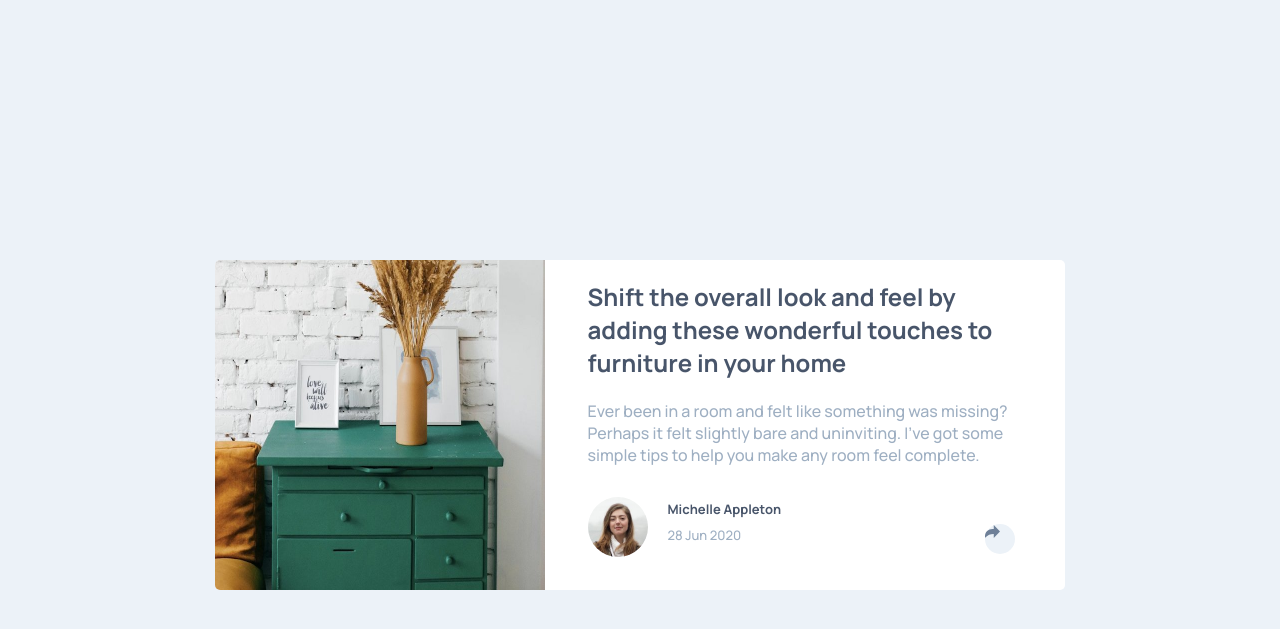
Repository: ricky603/training-css
Page: article-preview-component-master/index.html
An editor plug-in stored every save of this project. The page is shown before and after the next save, followed by the edit.
The browser window is 1280 px wide. The pictures show the whole page.

Above is the page before, as saved 2020-09-09 09:49:56.

After the next save:
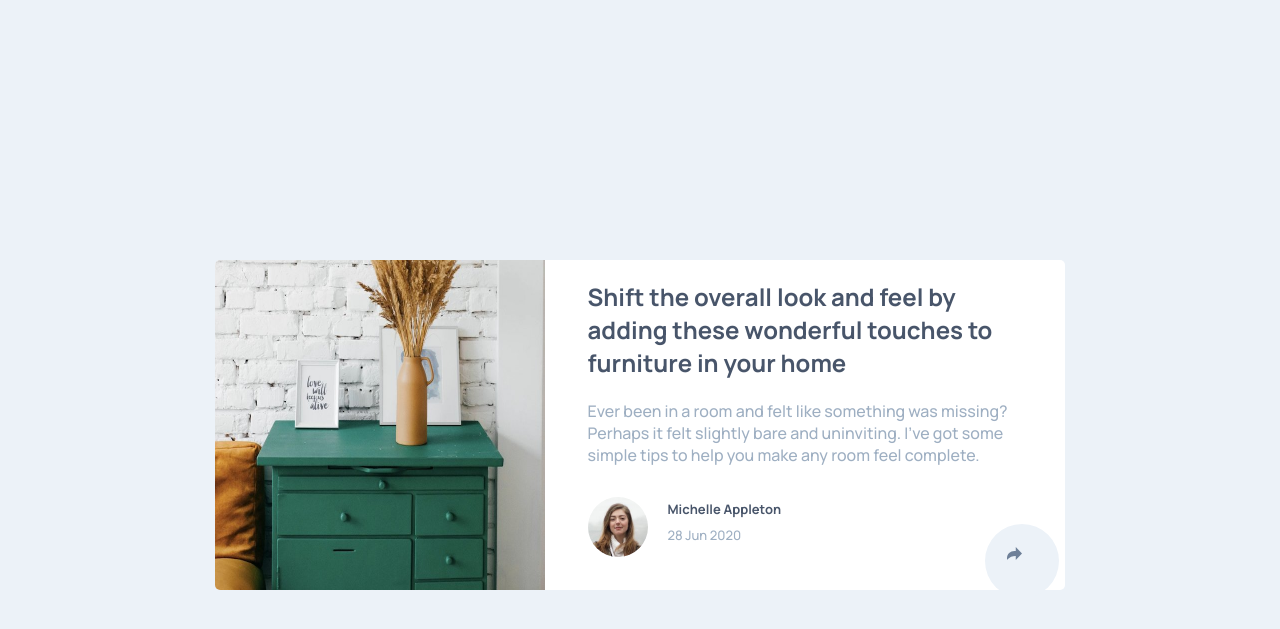
Saved 16 s later.
--- a/article-preview-component-master/styles.css
+++ b/article-preview-component-master/styles.css
@@ -102,8 +102,7 @@
     width: 30px;
     height: 30px;
     border-radius: 100%;
+    padding: 5%;
 }
 
-.icon {
-    margin: auto;
-}
+.icon {}

After the save that followed:
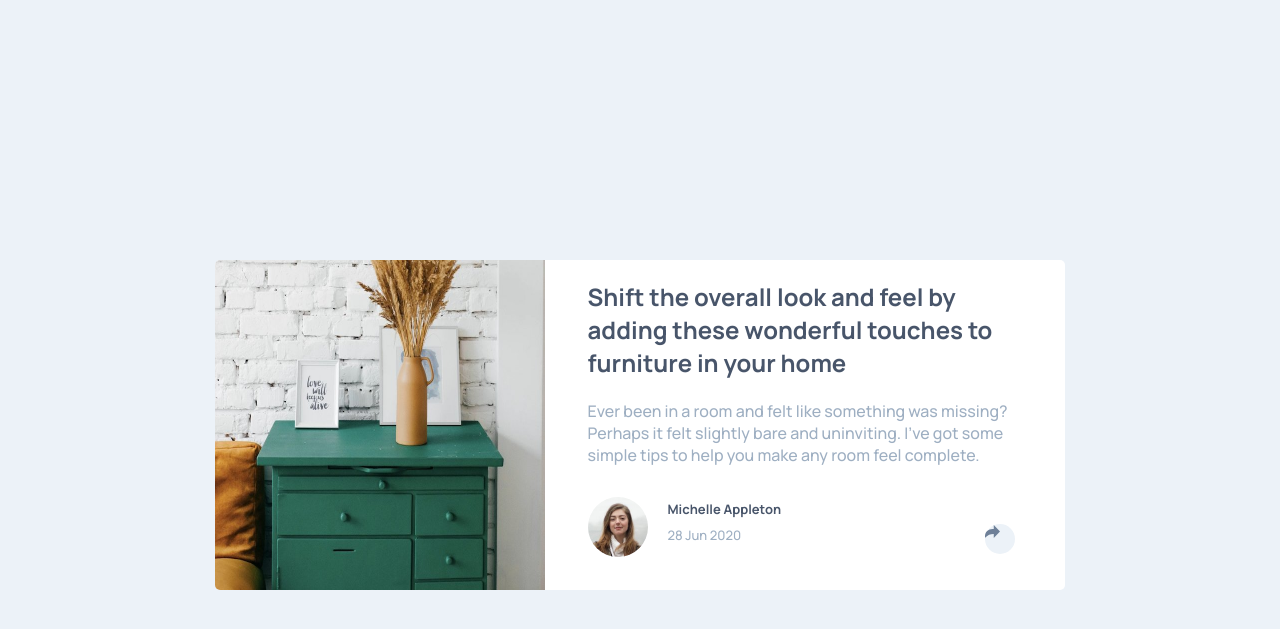
Saved 10 s later.
--- a/article-preview-component-master/styles.css
+++ b/article-preview-component-master/styles.css
@@ -102,7 +102,7 @@
     width: 30px;
     height: 30px;
     border-radius: 100%;
-    padding: 5%;
+    padding: auto;
 }
 
 .icon {}
